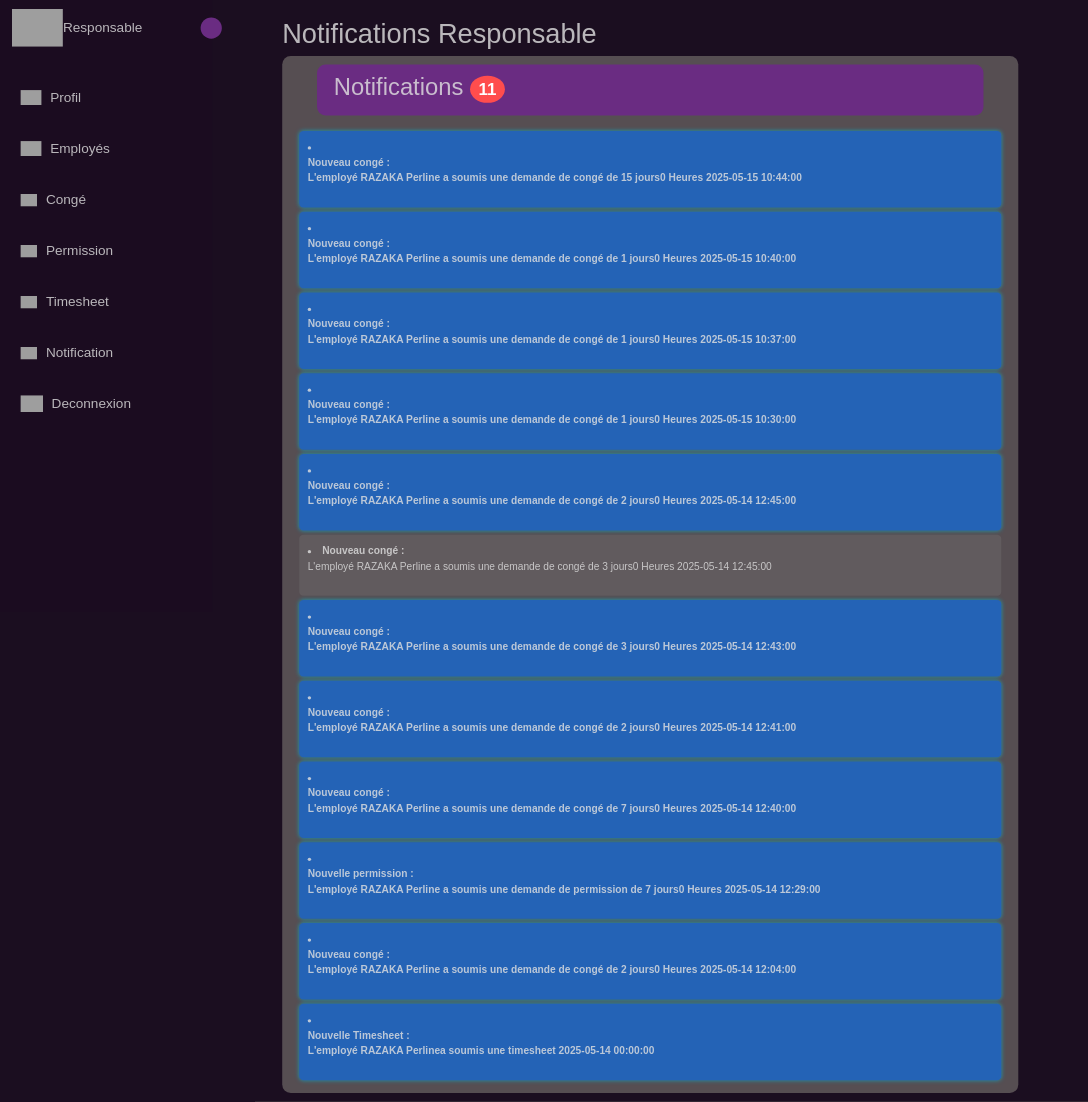
Repository: Fandresena19/Gestion-employe
Page: http://localhost/phpmailer/Assets/responsable/vue/notification_resp.php
An editor plug-in stored every save of this project. The page is shown before and after the next save, followed by the edit.
The browser window is 1280 px wide. The pictures show the whole page, at 85% of full size.
Pictures or frames that could not be fetched are drawn as grey boxes. Some web fonts or font styles are not loaded; a fallback is used. The page is run by PHP 8.4 with error messages shown; the project is at /var/www/html/. The database holds what the project's SQL file puts in it.

Above is the page before, as saved 2025-05-12 16:48:22.
Console error: TypeError: this.querySelector is not a function

### Assets/responsable/vue/notification_resp.php
<?php
include('../other/head.php');

$sql = "SELECT * FROM notifications_responsable ORDER BY date_notif_resp DESC";

$stmt = $bdd->prepare($sql);
$stmt->execute();
$Notifications = $stmt->fetchAll(PDO::FETCH_ASSOC);

$sql_count = "SELECT COUNT(*) FROM notifications_responsable
WHERE Statut_notif_resp = 'non lu' ";
$statement = $bdd->prepare($sql_count);
$statement->execute();
$notification_count = $statement->fetchColumn();
?>
<style>
    /* Si ce n'est pas déjà dans votre fichier CSS */
    .text-muted {
      color: #888;
      font-size: 0.9em;
    }

    /* Pointer pour les notifications */
    .note {
      cursor: pointer;
      padding: 10px;
      margin-bottom: 5px;
      border-radius: 5px;
      position: relative;
    }

    .non_lu {
      position: relative;
      font-size: 12px;
      font-weight: bolder;
      background-color:rgba(0, 115, 255, 0.58);
      box-shadow: #17a2b8 0px 0px 5px;
    }

    .lu {
      background-color: rgba(129, 127, 127, 0.25);
    }

    #modalDate {
      text-align: right;
      margin-top: 20px;
    }

    #notif a button {
      float: left;
      display: flex;
      width: 20%;
      margin-right: 10px;
      padding: 10px;
      justify-content: center;
    }

    .success {
      border-left: 5px solid #28a745;
    }

    .error {
      border-left: 5px solid #dc3545;
    }

    .info {
      border-left: 5px solid #17a2b8;
    }

    .note:hover {
      box-shadow: 0 0 5px rgba(0,0,0,0.2);
      transition: all 0.3s ease;
    }

    .exposant {
      background-color: #ff4d4d;
      color: white;
      border-radius: 70%;
      font-size: 20px;
      font-weight: bold;
      padding: 5px 10px;
    }

    /* Modal styles */
    .modal {
      display: none;
      position: fixed;
      z-index: 1000;
      left: 0;
      top: 0;
      width: 100%;
      height: 100%;
      overflow: auto;
      background-color: rgba(0,0,0,0.4);
    }

    .modal-content {
      background-color: #fefefe;
      margin: 15% auto;
      padding: 20px;
      border: 1px solid #888;
      width: 80%;
      max-width: 500px;
      border-radius: 10px;
      position: relative;
    }

    .close {
      color: #aaa;
      float: right;
      font-size: 28px;
      font-weight: bold;
      cursor: pointer;
    }

    .close:hover,
    .close:focus {
      color: black;
      text-decoration: none;
      cursor: pointer;
    }
</style>

<div class="annotation">
  <h2>Notifications Responsable</h2>
</div>

<div class="contenu">
  <header>
    <h3>Notifications
      <span class="exposant"><?= $notification_count; ?></span>
    </h3>
  </header><br />

  <div id="notificationModal" class="modal">
    <div class="modal-content">
      <span class="close" onclick="document.getElementById('notificationModal').style.display='none'">&times;</span>
      <h2 id="modalTitle"></h2>
      <p id="modalMessage"></p>
      <p id="modalDate" class="text-muted"></p>

      <div class="clearfix" id="notif">
        <a id="deleteLink" href="#"><button class="deletebtn" onclick="document.getElementById('notificationModal').style.display='none'">Supprimer</button></a>
        <button class="cancelbtn" onclick="document.getElementById('notificationModal').style.display='none'">Fermer</button>
      </div>
    </div>
  </div>

  <div class="notifications-scrollable">
    <?php if (count($Notifications) > 0): ?>
      <div class="notif_contenu">
        <?php foreach ($Notifications as $notification):
          // Déterminer la classe appropriée pour la notification
          $typeClass = 'Nouveau';

          // Échapper correctement les données pour JavaScript
          $id = (int)$notification['id_notification_resp'];
          $genre = htmlspecialchars($notification['Genre_notif'], ENT_QUOTES, 'UTF-8');
          $message = htmlspecialchars($notification['Message_resp'], ENT_QUOTES, 'UTF-8');
          $date = htmlspecialchars($notification['date_notif_resp'], ENT_QUOTES, 'UTF-8');
          $type = htmlspecialchars($notification['Type'], ENT_QUOTES, 'UTF-8');

          // Classe pour non lu/lu
          $readClass = ($notification['Statut_notif_resp'] == 'non lu') ? 'non_lu' : 'lu';
        ?>

          <li class="note <?= $readClass ?> <?= $typeClass ?>"
            data-id="<?= $id ?>"
            data-genre="<?= $genre ?>"
            data-message="<?= $message ?>"
            data-date="<?= $date ?>"
            data-type="<?= $type ?>">
            <?php if ($notification['Statut_notif_resp'] == 'non lu'): ?>
              <span class="notification-badge"></span><br />
            <?php endif; ?>
            <strong><?= $genre ?>&nbsp;:</strong>
            <p><?= $message ?>
              <span class="date_notif"><?= $date ?></span>
            </p>
          </li>
        <?php endforeach; ?>
      </div>
    <?php else: ?>
      <p>Aucune notification à afficher</p>
    <?php endif; ?>
  </div>
</div>

<script>
  // Attacher les événements après le chargement complet du DOM
  document.addEventListener('DOMContentLoaded', function() {
    // Sélectionner toutes les notifications
    var notifications = document.querySelectorAll('.note');

    // Ajouter un écouteur d'événements à chaque notification
    notifications.forEach(function(notification) {
      notification.addEventListener('click', function() {
        // Récupérer les données à partir des attributs data-*
        var id = this.getAttribute('data-id');
        var genre = this.getAttribute('data-genre');
        var message = this.getAttribute('data-message');
        var date = this.getAttribute('data-date');
        var type = this.getAttribute('data-type');

        // Appeler la fonction pour afficher le modal
        showNotificationDetails(id, genre, message, date, type);

        // Si la notification était non lue, la marquer comme lue
        if (this.classList.contains('non_lu')) {
          markAsRead(id);
          this.classList.remove('non_lu');
          this.classList.add('lu');

          // Mettre à jour le compteur de notifications
          var counter = document.querySelector('h3 span');
          if (counter) {
            var count = parseInt(counter.textContent) - 1;
            counter.textContent = count > 0 ? count : '';
          }
        }
      });
    });
  });

  function showNotificationDetails(id, genre, message, date, type) {
    // Mettre à jour le contenu du modal
    document.getElementById('modalTitle').innerText = genre;
    document.getElementById('modalTitle').className = type === 'Nouveau' ? 'info' : (type === 'Urgent' ? 'error' : 'success');
    document.getElementById('modalMessage').innerText = message + ' (Verifiez votre ' + genre + ')';
    document.getElementById('modalDate').innerText = 'Date: ' + date;
    document.getElementById('deleteLink').href = '../traitement/delete_notification.php?id=' + id;

    // Afficher le modal
    document.getElementById('notificationModal').style.display = 'block';
  }

  function markAsRead(id) {
    // Utiliser fetch pour marquer la notification comme lue en arrière-plan
    fetch('../traitement/mark_as_read.php?id=' + id)
      .then(response => {
        if (!response.ok) {
          throw new Error('Erreur lors du marquage de la notification');
        }
        return response.text();
      })
      .then(data => {
        console.log('Notification marquée comme lue');
      })
      .catch(error => {
        console.error('Erreur:', error);
      });
  }

  // Supprimer le badge de notification bleu
  const badge = this.querySelector('.notification-badge');
  if (badge) {
    badge.remove();
  }
</script>

<?php
include('../other/foot.php');
?>

### Assets/responsable/other/head.php
<?php
session_start();

include('bd.php');

?>

<!DOCTYPE html>
<html lang="en">

<head>
  <meta charset="UTF-8">
  <meta http-equiv="X-UA-Compatible" content="IE=edge">
  <meta name="viewport" content="width=device-width, initial-scale=1.0">
  <link rel="stylesheet" href="../../bootstrap4/css/bootstrap.min.css">
  <link rel="stylesheet" href="../../bootstrap4/boxicons-2.1.4/css/boxicons.min.css">
  <link rel="stylesheet" href="../../css/style_nav.css">
  <link rel="stylesheet" href="../../css/conge.css">
  <link rel="stylesheet" href="../../css/modif_emp.css">
  <link rel="stylesheet" href="../../css/modal.css">
  <title>Responsable</title>

</head>

<body>

  <div class="container-fluid">
    <div id="container">

      <nav class="sidebar" id="side_nav">
        <header>
          <div class="image-text">
            <span class="image">
              <img src="../../Icone/Logo.png" alt="">
            </span>

            <div class="text header-text">
              <span class="resplonsable">Responsable</span>
            </div>
          </div>

          <i class="bx bx-chevron-right toggle"></i>
        </header>

        <div class="menu-bar">
          <div class="menu">

            <ul class="list-unstyled nav-links">
              <a href="../vue/pageresponsable.php">
                <li><img src="../../Icone/home.png" alt="" width="25px" class="icone"><span>Profil</span></li>
              </a>
              <a href="../vue/liste_employe.php">
                <li><img src="../../Icone/user.png" alt="" width="25px" class="icone"><span>Employés</span></li>
              </a>
              <a href="../vue/liste_conge.php">
                <li><img src="../../Icone/leave.png" alt="" width="20px" class="icone"><span>Congé</span></li>
              </a>
              <a href="../vue/liste_permission.php">
                <li class=""><img src="../../Icone/permission.png" alt="" width="20px" class="icone"><span>Permission</span></li>
              </a>
              <a href="../vue/detail_timesheet.php">
                <li><img src="../../Icone/timesheet.png" alt="" width="20px" class="icone"><span>Timesheet</span></li>
              </a>
              <a href="../vue/notification_resp.php">
                <li><img src="../../Icone/notif.png" alt="" width="20px" class="icone"><span>Notification</span></li>
              </a>
              <a href="#">
                <li onclick="document.getElementById('id01').style.display='block'"><img src="../../Icone/logout.png" alt="" width="-25px" height="20px" class="icone"><span>Deconnexion</span></li>
              </a><br>

            </ul>
          </div>
        </div>
      </nav>

      <div id="id01" class="modal">
        <span onclick="document.getElementById('id01').style.display='none'" class="close">×</span>
        <form class="modal-content" action="">
          <div class="container">
            <h1>Deconnexion</h1>
            <p>Voulez-vous vraiment se deconnecter?</p>

            <div class="clearfix">
              <a href="../../other/logout.php"><button type="button" onclick="document.getElementById('id01').style.display='none'" class="deletebtn">Oui</button></a>
              <button type="button" onclick="document.getElementById('id01').style.display='none'" class="cancelbtn">Non</button>
            </div>
          </div>
        </form>
      </div>

      <div class="dashboard" id="Main">

### Assets/responsable/other/bd.php
<?php

$servername = "localhost";
$dbname = "gestion_employe";
$username = "root";
$password = '';

try{
    $bdd = new PDO("mysql:host=$servername;dbname=$dbname" ,$username , $password);
    $bdd->setAttribute(PDO::ATTR_ERRMODE, PDO::ERRMODE_EXCEPTION);

    return $bdd;
}catch(PDOException $e){
    die('Erreur de connexion' . $e->getMessage());
}


?>

### Assets/responsable/other/foot.php
</div>
  </div>

  <script src="../../js/Sidebar.js"></script>
</body>

</html>

### Assets/css/style_nav.css
* {
    font-family: Arial, Helvetica, sans-serif;
    margin: 0;
    padding: 0;
    box-sizing: border-box;
    color: var(--text-color);
}

:root {
    /* Couleur */
    --bg-nav: #1B0C20;
    --bg-body: #1B0E20;
    --body-second-bg: #6a6363bf;
    --bouton-hover: #C4BCBC;
    --active: #6A2C82;
    --text-color: #e0e0e0ce;
    --menu-color: #14041ae6;

    /* transition */
    --trans-02: all 0.2s ease;
    --trans-03: all 0.3s ease;
    --trans-04: all 0.4s ease;
    --trans-05: all 0.5s ease;
}

body {
    height: 100%;
    background-color: var(--bg-body);

}

/* ==== Sidebar ==== */
.sidebar {
    position: fixed;
    top: 0;
    left: 0;
    height: 100%;
    width: 250px;
    padding: 10px 14px;
    z-index: 1000%;
    background-color: var(--bg-nav);
    transition: var(--trans-05);
}

.sidebar.close {
    width: 80px;
    height: 100%;
    top: 0;
    z-index: 100%;
}

/* === Contenu Sidebar === */
.sidebar.close .text {
    opacity: 0;
}

.sidebar.close .menu ul a li span {
    opacity: 0;
}

.sidebar.close .nav-links li img {
    margin-left: 25%;
}

.sidebar header {
    position: relative
}

.sidebar .image {
    min-width: 60px;
    display: flex;
    align-items: center;
}

.sidebar .image-text img {
    max-width: 60px;
    display: flex;
    justify-content: center;
}

.sidebar header .image-text {
    display: flex;
    align-items: center;
    transition: var(--trans-03);
    white-space: nowrap;
}

header .image-text .header-text {
    display: flex;
    flex-direction: column;
}

.header-text .employe {
    font-weight: 600;
    font-size: 30px;
    margin-left: 10px;
    color: var(--text-color);
}

/* Toggle */
.sidebar.sidebar.close header .toggle {
    transform: translateY(-50%);
}

.sidebar header .toggle {
    position: absolute;
    top: 50%;
    right: -25px;
    transform: translateY(-50%) rotate(180deg);
    height: 25px;
    width: 25px;
    background-color: var(--active);
    display: flex;
    align-items: center;
    justify-content: center;
    border-radius: 50%;
    font-size: 20px;
    z-index: 100%;
    transition: var(--trans-03);
}

.sidebar .menu {
    margin-top: 35px;
}

.sidebar li {
    height: 50px;
    /* background-color: var(--menu-color); */
    margin-top: 10px;
    display: flex;
    align-items: center;
    justify-content: left;
    color: var(--text-color);
    border-radius: 10px;
    transition: var(--trans-04);
}

.sidebar li .icone {
    margin-left: 10px;
}

.sidebar li span {
    margin-left: 10px;
    transition: var(--trans-03);
    white-space: nowrap;
    opacity: 1;
}

.sidebar .nav-links a {
    text-decoration: none;
}

.sidebar li:hover {
    background-color: var(--menu-color);
}

/* ==active sidebar == */
.sidebar .active {
    background-color: var(--active);
}

.sidebar .active:hover {
    background-color: var(--active);
}


/* ==== dashboard ==== */
.dashboard {
    position: relative;
    height: auto;
    left: 250px;
    width: calc(100% - 250px);
    /* background-color: red; */
    transition: var(--trans-05);
}

.sidebar.close~.dashboard {
    left: 50px;
    width: calc(100% - 50px);
}

@media screen and (max-width: 1075px) {
    .sidebar {
        width: 60px;
        height: 100%;
        z-index: 1000;
    }

    .sidebar .text,
    .sidebar .menu ul a li span {
        opacity: 0;
    }

    .sidebar .nav-links li img {
        margin-left: 25%;
        width: 15px;
    }

    .sidebar header .toggle {
        right: -20px;
    }

    .contenu {
        width: 100%;
    }

    .dashboard {
        left: 0px;
        right: 0px;
        width: calc(100% - 0px);
    }
}

@media screen and (max-width: 768px) {
    .sidebar {
        width: 60px;
        height: 100%;
        z-index: 1000;
    }

    .sidebar .text,
    .sidebar .menu ul a li span {
        opacity: 0;
    }

    .sidebar .nav-links li img {
        margin-left: 25%;
        width: 15px;
    }

    .sidebar header .toggle {
        right: -20px;
    }

    .contenu {
        width: 100%;
    }

    .dashboard {
        left: 0px;
        right: 0px;
        width: calc(100% - 0px);
    }
}

@media screen and (max-width: 480px) {
    .sidebar {
        position: fixed;
        width: 50px;
        padding: 8px;
    }

    .dashboard {
        left: 0px;
        right: 0px;
        width: calc(100% - 0px);
    }

    .header-text .employe {
        font-size: 20px;
        margin-left: 5px;
    }

    .sidebar header .toggle {
        height: 20px;
        width: 20px;
        font-size: 16px;
    }
}

### Assets/css/modif_emp.css
:root{
    /* Couleur */
    --bg-nav: #1B0C20;
    --bg-body: #1B0E20;
    --body-second-bg: #6a6363bf;
    --bouton-hover : #C4BCBC;
    --active: #6A2C82;
    --text-color: #e0e0e0ce;
    --menu-color: #14041ae6;

    /* transition */
    --trans-02: all 0.2s ease;
    --trans-03: all 0.3s ease;
    --trans-04: all 0.4s ease;
    --trans-05: all 0.5s ease;
}



input, select, textarea{
    background-color: transparent !important;
}

.bouton_confirmer{
    padding: 12px;
    width: 50%;
    margin: auto;
    font-size: 14px;
    display: flex;
    justify-content: center;
    background-color: var(--body-second-bg);
    border: none;
    border-radius: 10px;
}
.bouton_confirmer:hover{
    background-color: var(--active);
}

### Assets/css/modal.css
:root{
  /* Couleur */
  --bg-nav: #1B0C20;
  --bg-body: #1B0E20;
  --body-second-bg: #6a6363bf;
  --bouton-hover : #C4BCBC;
  --active: #6A2C82;
  --text-color: #e0e0e0ce;
  --menu-color: #14041ae6;

  /* transition */
  --trans-02: all 0.2s ease;
  --trans-03: all 0.3s ease;
  --trans-04: all 0.4s ease;
  --trans-05: all 0.5s ease;
}

/* Set a style for all buttons */
.clearfix button {
  color: white;
  padding: 10px 14px;
  margin: 10px 0;
  border: none;
  cursor: pointer;
  width: 10%;
  opacity: 0.9;
}

.clearfix button:hover {
  opacity:0.5;
}

/* Float cancel and delete buttons and add an equal width */
.cancelbtn, .deletebtn {
  width: 30%;
  border-radius: 10px;
}

/* Add a color to the cancel button */
.cancelbtn {
  background-color: #ccc;
  color: black !important;
  padding-left: 10px !important;
  padding-right: 10px !important;
}

/* Add a color to the delete button */
.deletebtn {
  background-color: #f44336;
  padding-left: 10px;
}

/* Add padding and center-align text to the container */
.container {
  padding: 16px;
  text-align: center;
}

/* The Modal (background) */
.modal {
  display: none; /* Hidden by default */
  position: fixed; /* Stay in place */
  z-index: 999; /* Sit on top */
  left: 0;
  top: 0;
  width: 100%; /* Full width */
  height: 100%; /* Full height */
  overflow: auto; /* Enable scroll if needed */
  background-color: var(--bg-body);
  padding: 10%;
}

/* Modal Content/Box */
.modal-content {
  background-color: var(--bg-body);
  margin: 5% auto 15% auto; /* 5% from the top, 15% from the bottom and centered */
  border: none;
  width: 50%; /* Could be more or less, depending on screen size */
}

/* Style the horizontal ruler */
hr {
  border: 1px solid #f1f1f1;
  margin-bottom: 25px;
}

/* The Modal Close Button (x) */
.close {
  position: absolute;
  right: 35px;
  top: 15px;
  font-size: 30px;
  font-weight: 500;
  color: #f1f1f1;
}

.close:hover,
.close:focus {
  color: #f44336;
  cursor: pointer;
}

/* Clear floats */
.clearfix::after {
  content: "";
  clear: both;
  display: table;
}

/* Change styles for cancel button and delete button on extra small screens */
@media screen and (max-width: 700px) {
  .cancelbtn, .deletebtn {
     width: 100% !important;
  }
}

### Base.sql (the tables this page reads)
CREATE TABLE `notifications_responsable` (
  `id_notification_resp` int NOT NULL AUTO_INCREMENT,
  `matricule_emp` int DEFAULT NULL,
  `Matricule_resp` int DEFAULT NULL,
  `Genre_notif` varchar(50) DEFAULT NULL,
  `Message_resp` text,
  `Type` varchar(255) DEFAULT 'Nouveau',
  `date_notif_resp` datetime DEFAULT CURRENT_TIMESTAMP,
  `Statut_notif_resp` enum('lu','non lu') DEFAULT 'non lu',
  PRIMARY KEY (`id_notification_resp`),
  KEY `Matricule_responsable` (`Matricule_resp`)
) ENGINE=MyISAM AUTO_INCREMENT=31 DEFAULT CHARSET=utf8mb4 COLLATE=utf8mb4_0900_ai_ci;

insert  into `notifications_responsable`(id_notification_resp,matricule_emp,Matricule_resp,Genre_notif,Message_resp,Type,date_notif_resp,Statut_notif_resp) values (25,2,NULL,'Nouveau congé','L\'employé RAZAKA Perline a soumis une demande de congé de 2\r\n             jours0 Heures','Congé','2025-05-14 12:45:00','non lu'),(26,2,NULL,'Nouveau congé','L\'employé RAZAKA Perline a soumis une demande de congé de 3\r\n             jours0 Heures','Congé','2025-05-14 12:45:00','lu'),(27,2,NULL,'Nouveau congé','L\'employé RAZAKA Perline a soumis une demande de congé de 1\r\n             jours0 Heures','Congé','2025-05-15 10:30:00','non lu'),(28,2,NULL,'Nouveau congé','L\'employé RAZAKA Perline a soumis une demande de congé de 1\r\n             jours0 Heures','Congé','2025-05-15 10:37:00','non lu'),(29,2,NULL,'Nouveau congé','L\'employé RAZAKA Perline a soumis une demande de congé de 1\r\n             jours0 Heures','Congé','2025-05-15 10:40:00','non lu'),(24,2,NULL,'Nouveau congé','L\'employé RAZAKA Perline a soumis une demande de congé de 3\r\n             jours0 Heures','Congé','2025-05-14 12:43:00','non lu'),(23,2,NULL,'Nouveau congé','L\'employé RAZAKA Perline a soumis une demande de congé de 2\r\n             jours0 Heures','Congé','2025-05-14 12:41:00','non lu'),(21,2,NULL,'Nouvelle permission','L\'employé RAZAKA Perline a soumis une demande de permission de 7\r\n             jours0 Heures','Congé','2025-05-14 12:29:00','non lu'),(22,2,NULL,'Nouveau congé','L\'employé RAZAKA Perline a soumis une demande de congé de 7\r\n             jours0 Heures','Congé','2025-05-14 12:40:00','non lu'),(19,2,NULL,'Nouveau congé','L\'employé RAZAKA Perline a soumis une demande de congé de 2\r\n             jours0 Heures','Congé','2025-05-14 12:04:00','non lu'),(20,2,NULL,'Nouvelle Timesheet','L\'employé RAZAKA Perlinea soumis une timesheet','Timesheet','2025-05-14 00:00:00','non lu'),(30,2,NULL,'Nouveau congé','L\'employé RAZAKA Perline a soumis une demande de congé de 15\r\n             jours0 Heures','Congé','2025-05-15 10:44:00','non lu');

Loaded but not shown: Assets/bootstrap4/css/bootstrap.min.css (library); Assets/bootstrap4/boxicons-2.1.4/css/boxicons.min.css (library); Assets/js/Sidebar.js (7 lines, source omitted); Assets/css/conge.css (283 lines, source omitted)

After the next save:
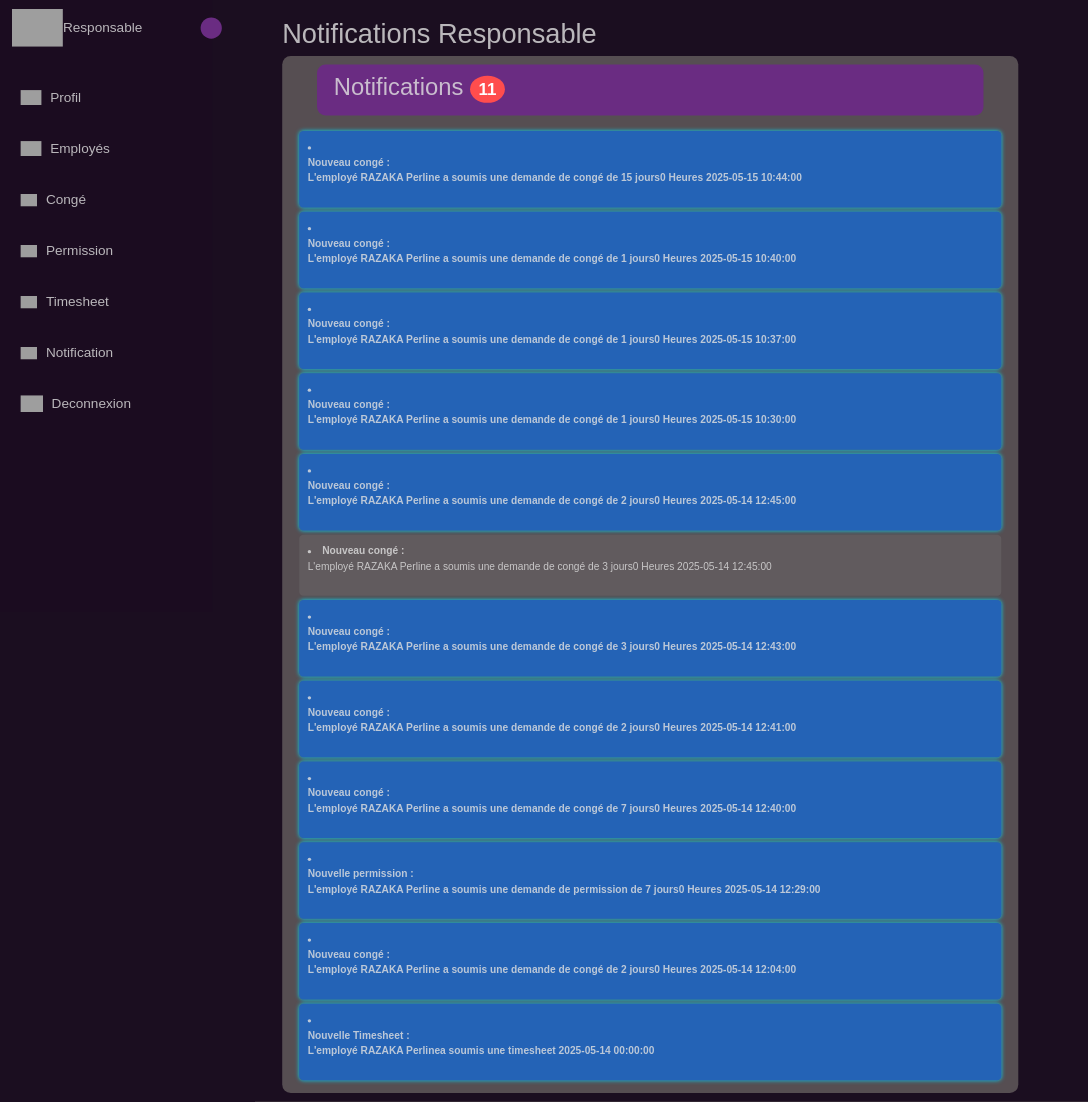
Saved 9 s later.
--- a/Assets/responsable/vue/notification_resp.php
+++ b/Assets/responsable/vue/notification_resp.php
@@ -34,7 +34,7 @@ $notification_count = $statement->fetchColumn();
       font-size: 12px;
       font-weight: bolder;
       background-color:rgba(0, 115, 255, 0.58);
-      box-shadow: #17a2b8 0px 0px 5px;
+      box-shadow:rgb(0, 221, 255) 0px 0px 5px;
     }
 
     .lu {
